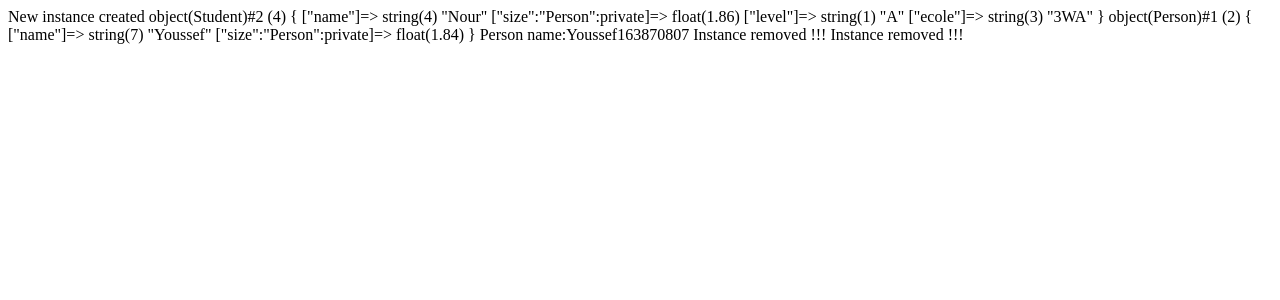
Repository: FS-23/php-getstarted
Page: http://localhost/oop/index.php
An editor plug-in stored every save of this project. The page is shown before and after the next save, followed by the edit.
The browser window is 1280 px wide. The pictures show the whole page.
The page is run by PHP 8.4 with error messages shown; the project is at /var/www/html/.

Above is the page before, as saved 2022-05-31 11:26:32.

### demoAPP/oop/index.php
<?php
  class Person {
      public $name;
      private $size;
      function __construct($name , $size){
          $this -> name = $name;
          $this -> size = $size;
          echo "New instance created\n";
      }
      function setSize($sizeValue){
          $this -> size = $sizeValue;
      }
      function __destruct(){
          echo "\nInstance removed !!!";
      }

      function construct($name , $size){
            $this -> name = $name;
            $this -> size = $size;
      }
  }




  class Student extends Person{

     public $level;
     public $ecole;

     function __construct($name , $size , $level ,$ecole){
         //super($name , $size );
         parent::construct($name , $size);
         $this -> level = $level;
         $this -> ecole = $ecole;
     }
     function learn(){
         echo "\n". $this.name . " started learning";
     }
  }

  $person1 = new Person("Youssef", 1.84);

  $student1 = new Student("Nour", 1.86 , "A" , "3WA");

  var_dump($student1);


//   $person1 -> name = "Youssef";
//   $person1 -> size = "Youssef";
//   $person1 -> level = "Youssef";
//   $person1 -> name = "Youssef";
//   $person1 -> name = "Youssef";
//   $person1 -> setSize(1.84);
//   $person1 -> favorigteFood = "Poulet rotie";

  var_dump($person1);


  echo "Person name:".$person1->name;

  echo rand();

After the next save:
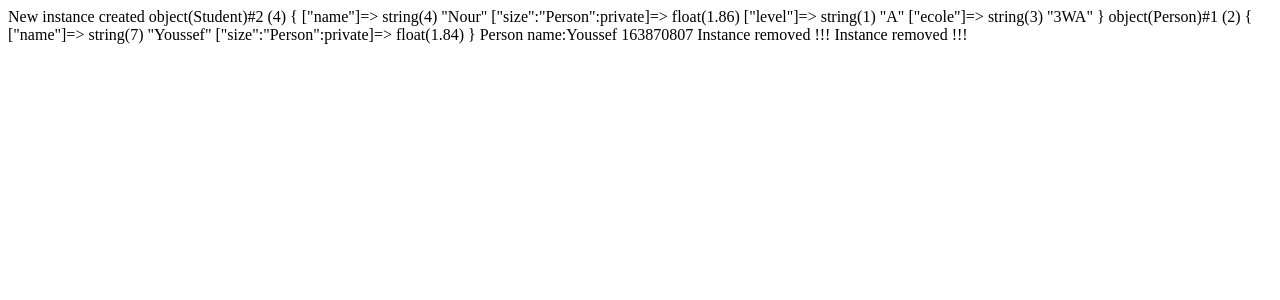
Saved 18 s later.
--- a/demoAPP/oop/index.php
+++ b/demoAPP/oop/index.php
@@ -57,6 +57,6 @@
   var_dump($person1);
 
 
-  echo "Person name:".$person1->name;
+  echo "Person name:".$person1->name."\n";
 
   echo rand();
